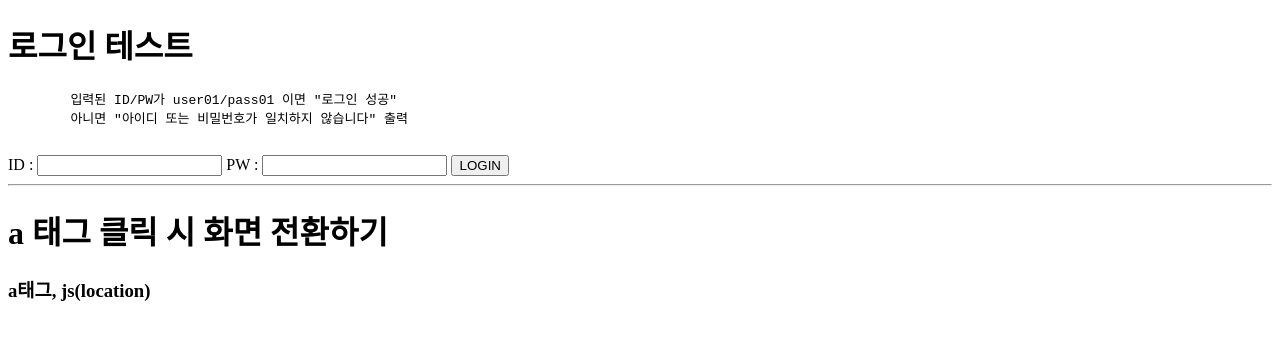
Repository: seungjoo1217/05_Server
Page: JSPProject1/src/main/webapp/index.html
These files come from the project's save history. The page is drawn as it stood at one moment and after the next save; the edit follows.
The browser window is 1280 px wide. The pictures show the whole page.

Above is the page before, as saved 2024-03-22 01:24:59.

After the next save:
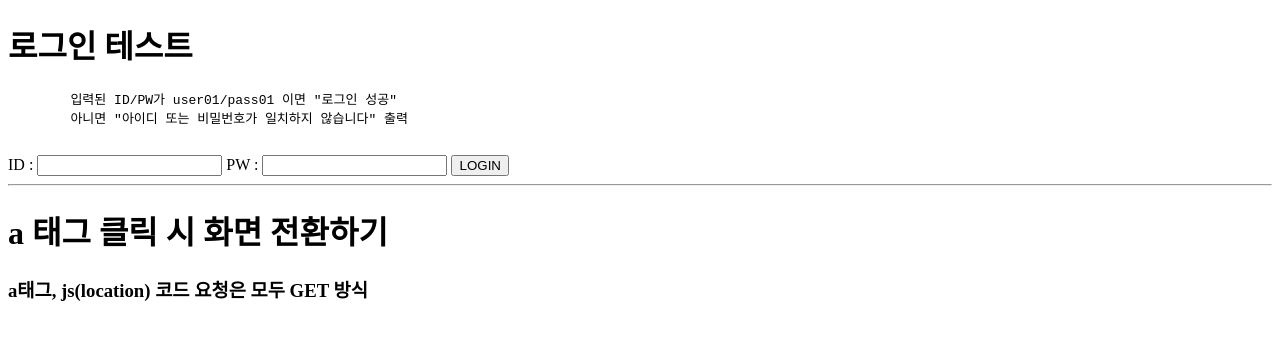
Saved 12 s later.
--- a/JSPProject1/src/main/webapp/index.html
+++ b/JSPProject1/src/main/webapp/index.html
@@ -23,7 +23,7 @@
 
     <h1>a 태그 클릭 시 화면 전환하기</h1>
 
-    <h3>a태그, js(location)</h3>
+    <h3>a태그, js(location) 코드 요청은 모두 GET 방식</h3>
 
 
 
